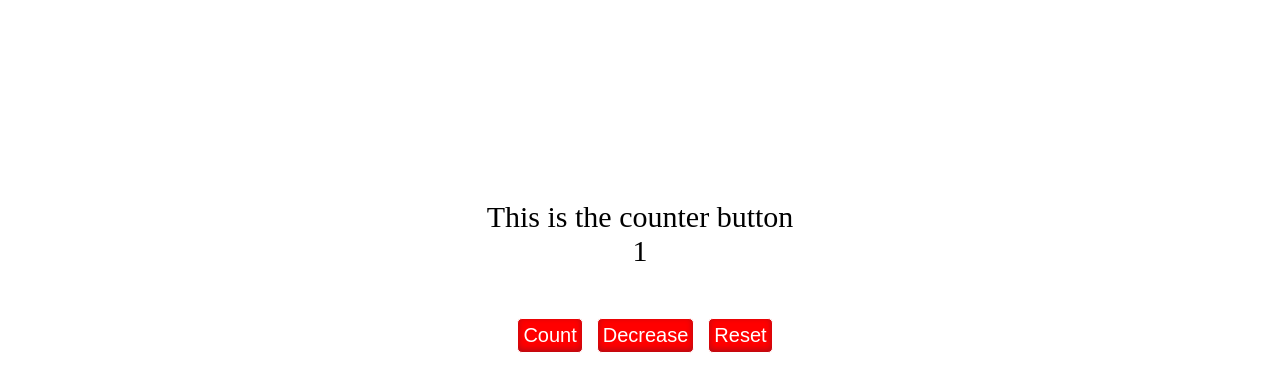
Repository: Aditya0377/Assignments
Page: Assignment/javascript practise/Counter.html
These files come from the project's save history. The page is drawn as it stood at one moment and after the next save; the edit follows.
The browser window is 1280 px wide. The pictures show the whole page.
After loading, the first visible `button` was clicked once.

Above is the page before, as saved 2024-02-23 21:14:13.

### Assignment/javascript practise/Counter.html
<!DOCTYPE html>
<html lang="en">

<head>
    <meta charset="UTF-8">
    <meta name="viewport" content="width=device-width, initial-scale=1.0">
    <title>Counter</title>
</head>
<style>
    * {
        box-sizing: border-box;
        margin: 0px;
        padding: 0px;
    }

    body {
        height: 100%;
        display: flex;
        justify-content: center;
        align-items: center;
        flex-direction: column;
        margin-top: 200px;
    }

    P {
        font-size: 30px;
    }

    div {
        margin-top: 50px;
    }

    button {
        color: white;
        background-color: red;
        border: 1px solid;
        font-size: 20px;
        padding: 5px;
        box-shadow: rgba(50, 50, 93, 0.25) 0px 50px 100px -20px, rgba(0, 0, 0, 0.3) 0px 30px 60px -30px, rgba(10, 37, 64, 0.35) 0px -2px 6px 0px inset;
        border-radius: 5px;
        margin-left: 10px;
    }

    button:hover {
        cursor: pointer;
    }
</style>

<body>
    <p>This is the counter button</p>
    <p id="number"></p>
    <div>
        <button onclick="counterincrement()">Count</button>
        <button onclick="counterdecrement()">Decrease</button>
        <button onclick="counterreset()">Reset</button>
    </div>
    <script>
        function counterincrement() {
            let count = 0
            count++;
            document.getElementById("number").innerHTML = count++;
        }

    </script>
</body>

</html>

After the next save:
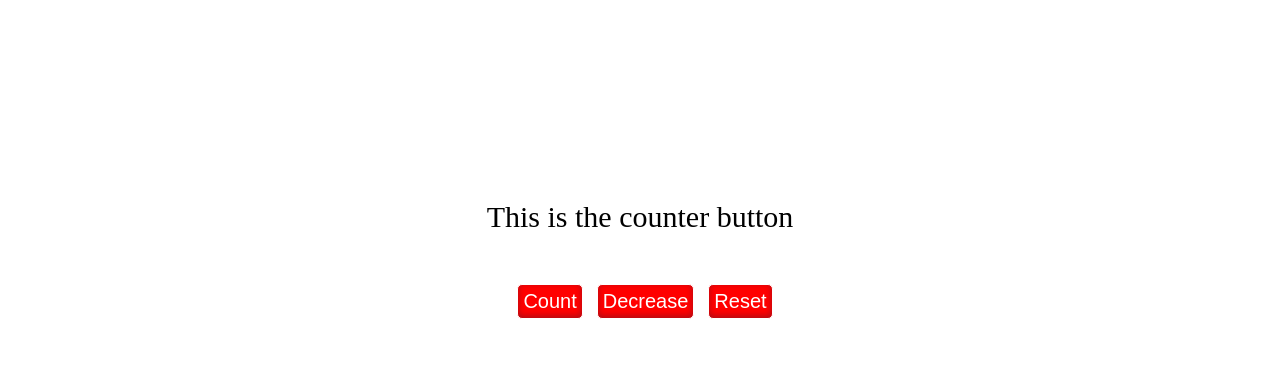
Saved 16 s later.
--- a/Assignment/javascript practise/Counter.html
+++ b/Assignment/javascript practise/Counter.html
@@ -56,9 +56,7 @@
     </div>
     <script>
         function counterincrement() {
-            let count = 0
-            count++;
-            document.getElementById("number").innerHTML = count++;
+            let count = document.getElementById
         }
 
     </script>

After the 6 saves that followed:
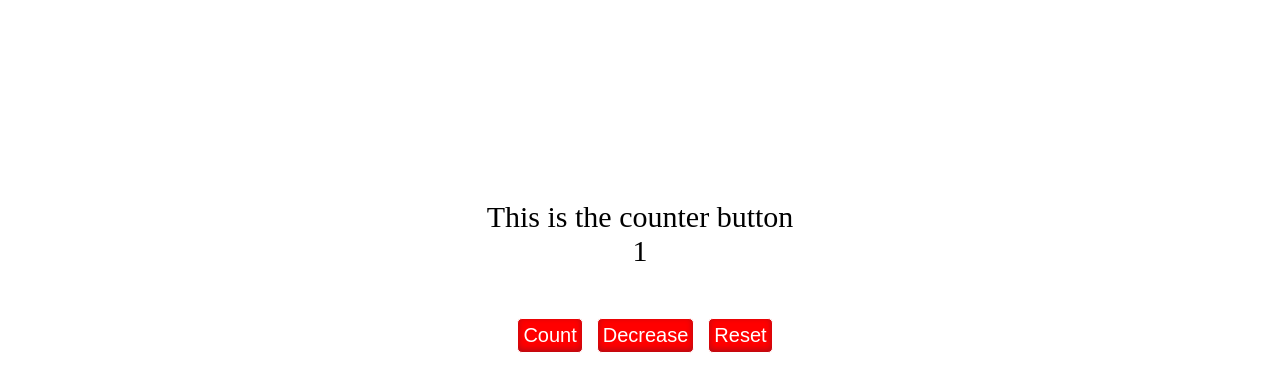
The 6 saves are shown as one change because 5 left the picture as it was.
The last was saved 2 min 36 s later.
--- a/Assignment/javascript practise/Counter.html
+++ b/Assignment/javascript practise/Counter.html
@@ -55,8 +55,10 @@
         <button onclick="counterreset()">Reset</button>
     </div>
     <script>
+        let count = 0;
         function counterincrement() {
-            let count = document.getElementById
+            count++;
+            document.getElementById("number").innerHTML = count;
         }
 
     </script>
